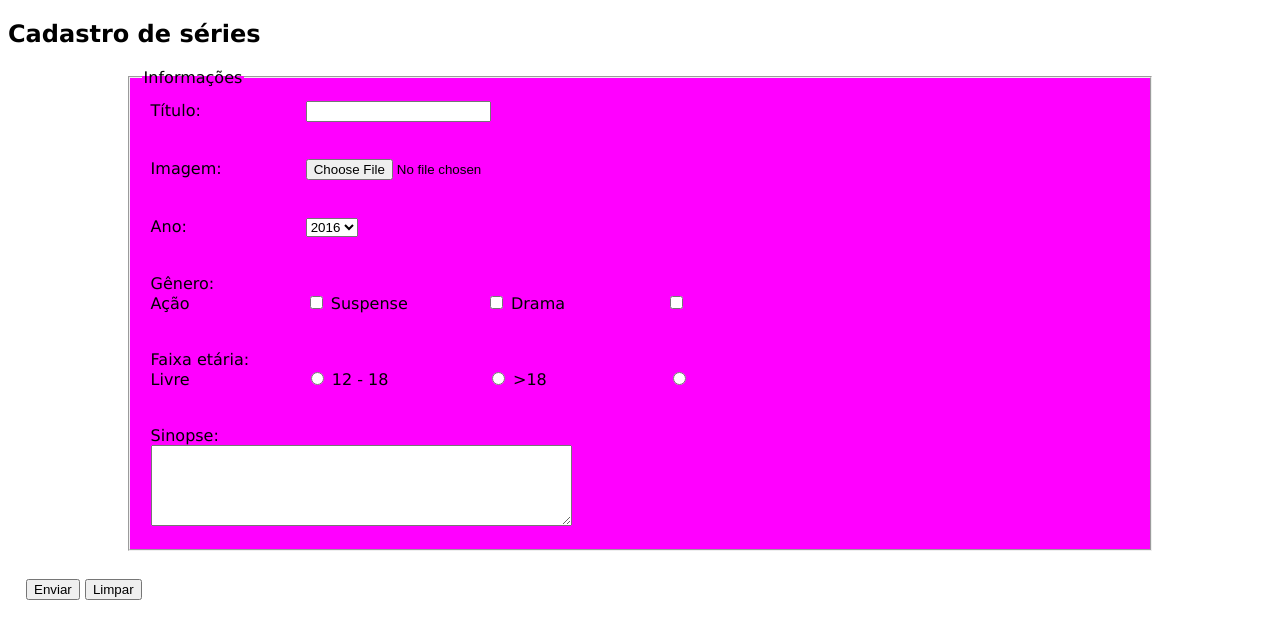
Repository: shamanickCoder/FIAP
Page: Desenvolvimentos de Sistemas Web/1 semestre/Javascript/CSS-AULAS/09-CSS/WebContent/cadastro.html
The author's editor kept a copy of each file at every save. The page is drawn from the files as they stood at one save, then again after the next save.
The browser window is 1280 px wide. The pictures show the whole page.

Above is the page before, as saved 2016-03-30 11:53:58.

After the next save:
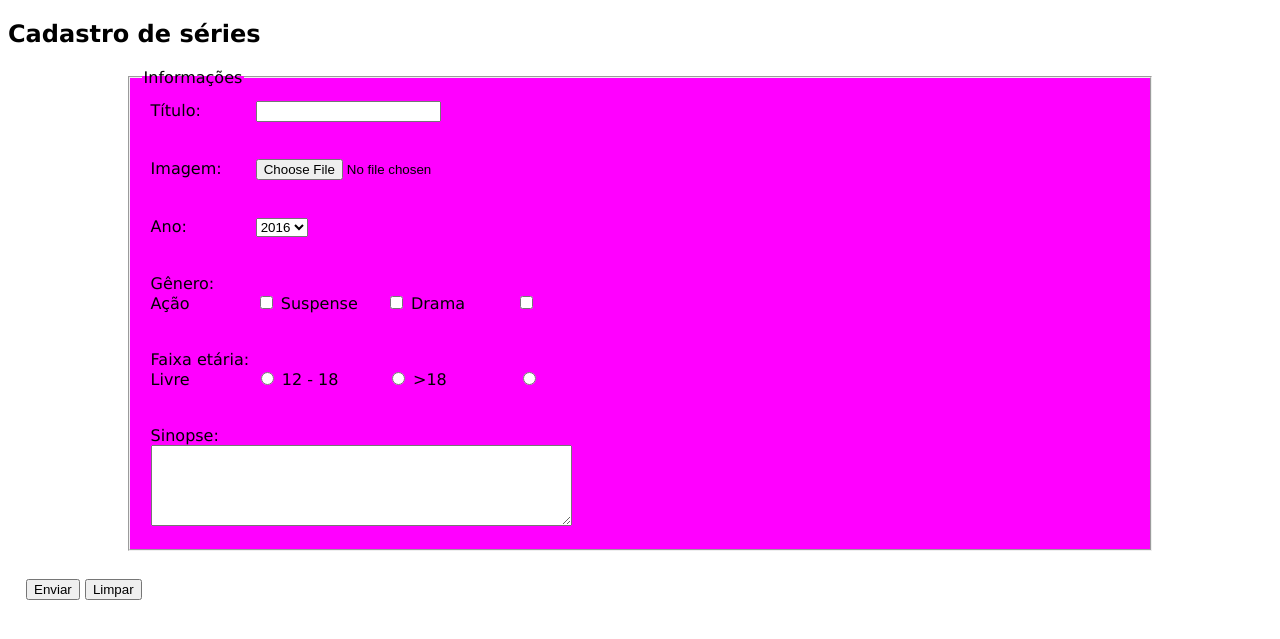
Saved 38 s later.
--- a/Desenvolvimentos de Sistemas Web/1 semestre/Javascript/CSS-AULAS/09-CSS/WebContent/estilo.css
+++ b/Desenvolvimentos de Sistemas Web/1 semestre/Javascript/CSS-AULAS/09-CSS/WebContent/estilo.css
@@ -10,6 +10,6 @@ fieldset {
 	margin: auto; /*centralizar*/
 }
 label {
-	width: 150px;
-	display: inline-block;
+	width: 100px;
+	display: inline-block; /*para a largura (width) funcionar*/
 }
